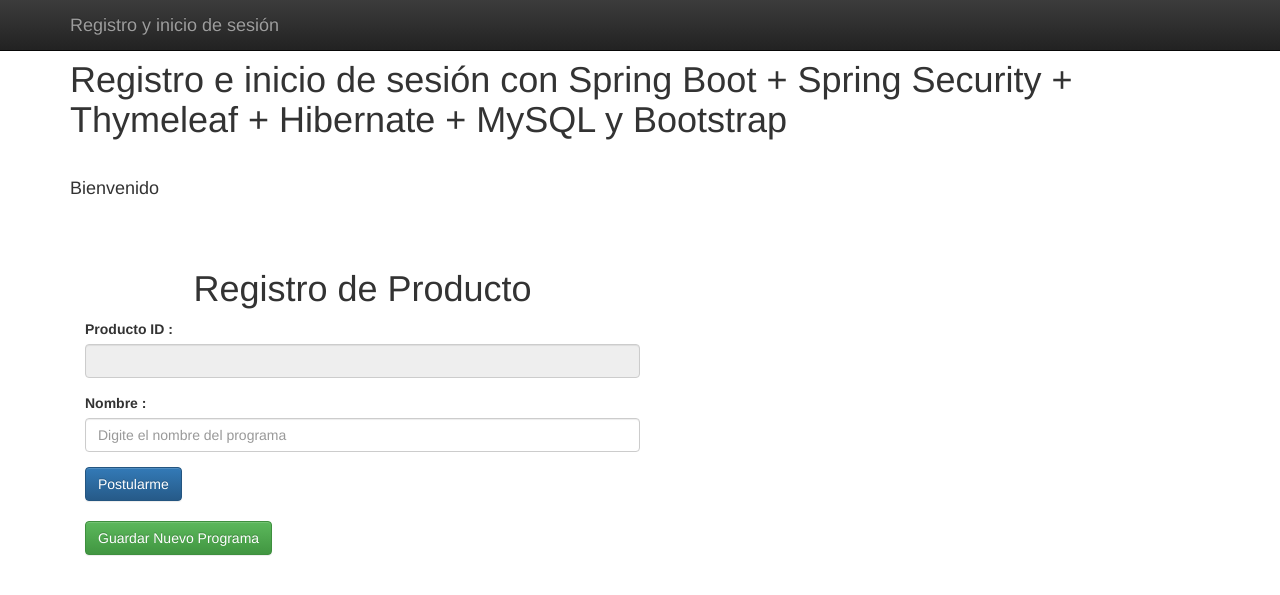
Repository: AndresBR2003/Proyecto-Integrador
Page: http://localhost/editar_programa
These files come from the project's save history. The page is drawn as it stood at one moment and after the next save; the edit follows.
The browser window is 1280 px wide. The pictures show the whole page.
The page is this project's Thymeleaf template; nobody is signed in. The template is opened directly, without the code that normally fills it, so the values that code supplies are empty.

Above is the page before, as saved 2023-10-15 22:12:45.
Console error (its wording comes from the project's code and is left out).

### UnidosPorUnPerúMejor/src/main/resources/templates/editar_programa.html
<!DOCTYPE html>
<html xmlns:th="http://www.thymeleaf.org"
	xmlns:sec="http://www.thymeleaf.org/thymeleaf-extras-springsecurity3">
<head>

<meta charset="utf-8">
<title>Edicion de Programas</title>
<!-- Latest compiled and minified CSS -->
<link rel="stylesheet"
	href="https://maxcdn.bootstrapcdn.com/bootstrap/3.3.7/css/bootstrap.min.css"
	integrity="sha384-BVYiiSIFeK1dGmJRAkycuHAHRg32OmUcww7on3RYdg4Va+PmSTsz/K68vbdEjh4u"
	crossorigin="anonymous">

<!-- Optional theme -->
<link rel="stylesheet"
	href="https://maxcdn.bootstrapcdn.com/bootstrap/3.3.7/css/bootstrap-theme.min.css"
	integrity="sha384-rHyoN1iRsVXV4nD0JutlnGaslCJuC7uwjduW9SVrLvRYooPp2bWYgmgJQIXwl/Sp"
	crossorigin="anonymous">
</head>
<body>


	<nav class="navbar navbar-inverse navbar-fixed-top">
		<div class="container">
			<div class="navbar-header">
				<button type="button" class="navbar-toggle collapsed"
					data-toggle="collapse" data-target="#navbar" aria-expanded="false"
					aria-controls="navbar">
					<span class="sr-only">Toggle navigation</span> <span
						class="icon-bar"></span> <span class="icon-bar"></span> <span
						class="icon-bar"></span>
				</button>
				<a class="navbar-brand" th:href="@{/programas}">Registro y
					inicio de sesión</a>
			</div>
			<div id="navbar" class="collapse navbar-collapse">
				<ul class="nav navbar-nav">
					<li sec:authorize="isAuthenticated()"><a th:href="@{/logout}">Cerrar
							sesión</a></li>
				</ul>
			</div>
		</div>
	</nav>

	<br>
	<br>

	<div class="container">
		<h1>Registro e inicio de sesión con Spring Boot + Spring Security
			+ Thymeleaf + Hibernate + MySQL y Bootstrap</h1>
		<br>
		<h4>
			Bienvenido <span sec:authentication="principal.username"></span>
		</h4>

		<br> <br>

		<div class="container">
		<div class="row">
			<div class="col-lg-6 col-md-6 col-sm-6 container justify-content-center card">
				<h1 class="text-center">Registro de Producto</h1>
				<div class="carf-body">
					<form th:action="@{/guardar}" th:object="${programa}" method="post">

						<div class="form-group">
							<label>Producto ID : </label>
							<input type="text" name="nombre" th:field="*{idPro}" class="form-control" readonly="readonly">
						</div>

						<div class="form-group">
							<label>Nombre : </label>
							<input type="text" name="nombre" th:field="*{nombrePro}" class="form-control" placeholder="Digite el nombre del programa" required>
						</div>
						<div>
						<a class="btn btn-primary">Postularme</a>
						</div>
						<br>
						<div>
							<button class="btn btn-success">Guardar Nuevo Programa</button>
						</div>

					</form>
				</div>
			</div>
		</div>
		</div>
	</div>



	<!-- Latest compiled and minified JavaScript -->
	<script
		src="https://maxcdn.bootstrapcdn.com/bootstrap/3.3.7/js/bootstrap.min.js"
		integrity="sha384-Tc5IQib027qvyjSMfHjOMaLkfuWVxZxUPnCJA7l2mCWNIpG9mGCD8wGNIcPD7Txa"
		crossorigin="anonymous"></script>
</body>
</html>

After the next save:
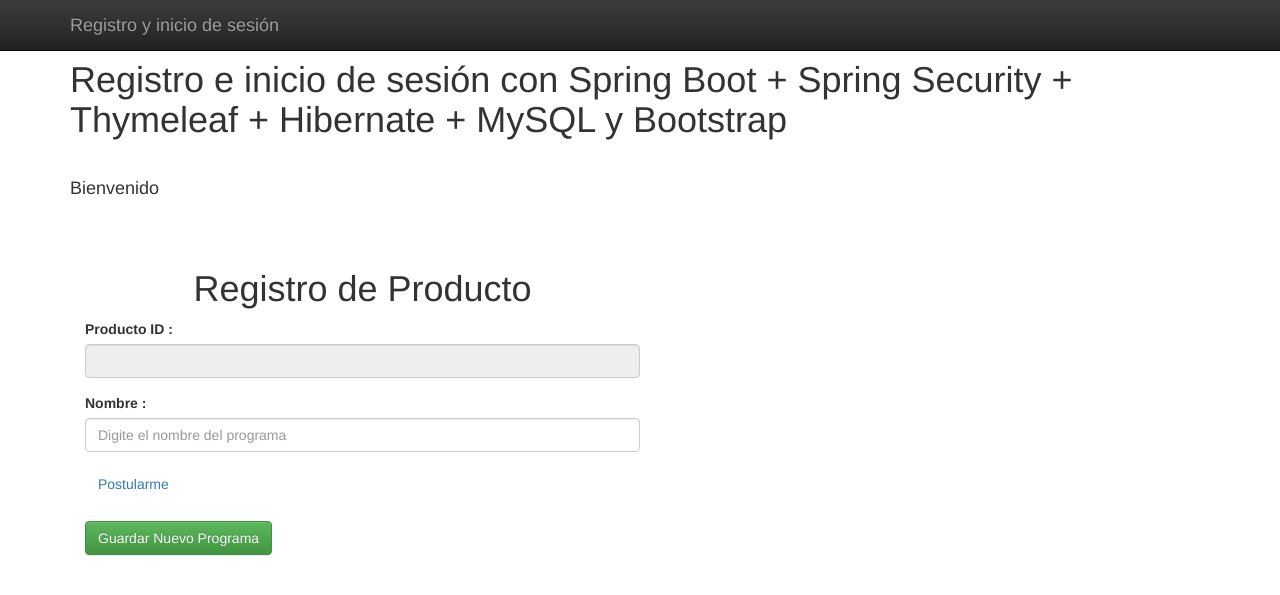
Saved 13 s later.
--- a/UnidosPorUnPerúMejor/src/main/resources/templates/editar_programa.html
+++ b/UnidosPorUnPerúMejor/src/main/resources/templates/editar_programa.html
@@ -72,7 +72,7 @@
 							<input type="text" name="nombre" th:field="*{nombrePro}" class="form-control" placeholder="Digite el nombre del programa" required>
 						</div>
 						<div>
-						<a class="btn btn-primary">Postularme</a>
+						<a class="btn btn-secondary">Postularme</a>
 						</div>
 						<br>
 						<div>
